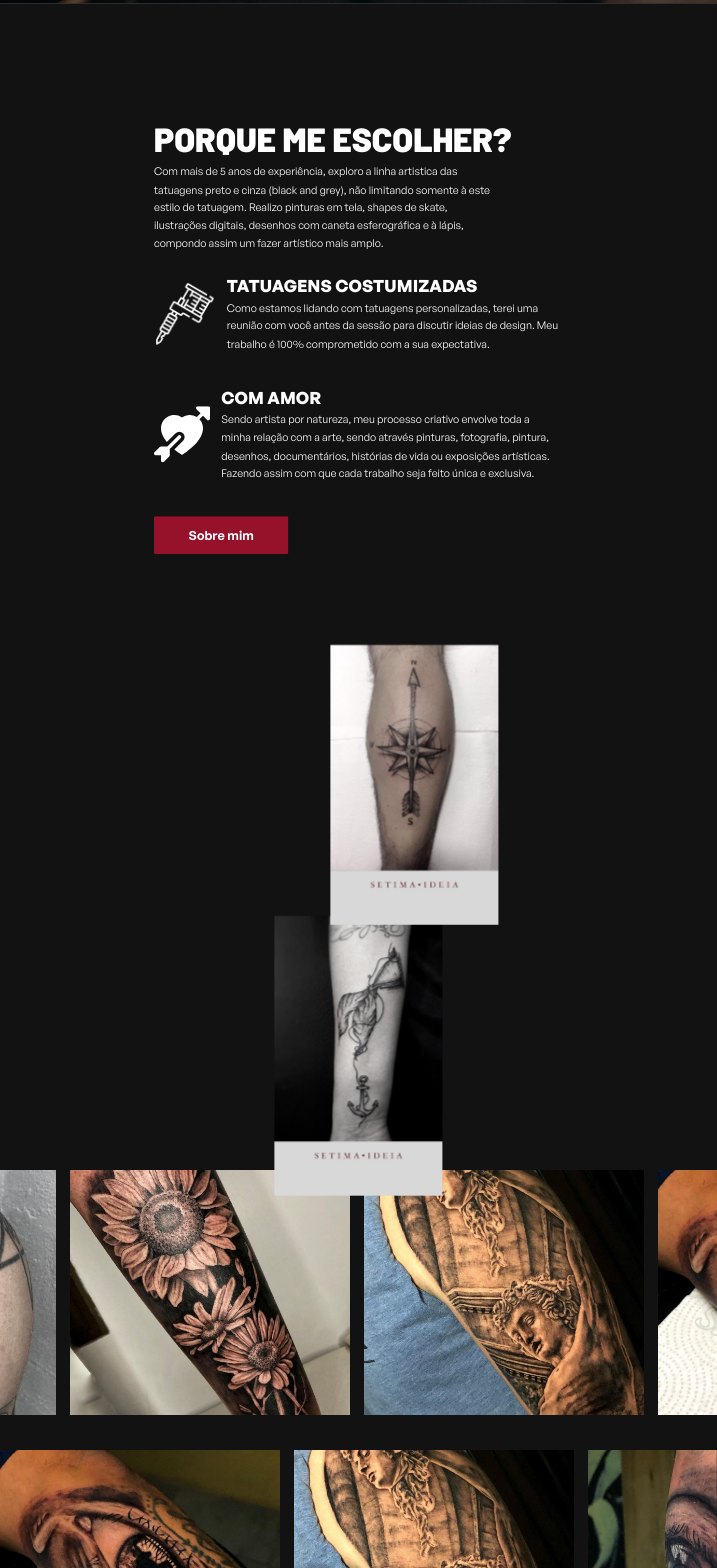
Repository: Leoka2000/S-tima-Ideia
Page: /
An editor plug-in stored every save of this project. The page is shown before and after the next save, followed by the edit.
The browser window is 1024 px wide. The pictures show the part of the page from y = 849 to 3089 px (the page is 8930 px tall), at 70% of full size.
Backgrounds fixed to the window are drawn as part of the page. The project was rebuilt for these pictures with package versions that can differ from the ones it lists, and the page was loaded fresh each time. Some packages were replaced by stand-ins written for this rebuild. Also part of the build but not shown: src/pages/main/instagram/instagram.css, src/pages/main/instagram/instagram.jsx, src/App.css, src/pages/portfolio/portfolio.css, src/data/database-common.js, src/pages/portfolio/loop-content.jsx, src/pages/portfolio/portfolio.jsx, src/pages/portfolio/index.jsx and 2 more. Imported but missing from the stored project, and not drawn on this page: src/assets/videos/cauan-video.mp4.

Above is the page before, as saved 2023-05-22 21:09:17.

After the next save:
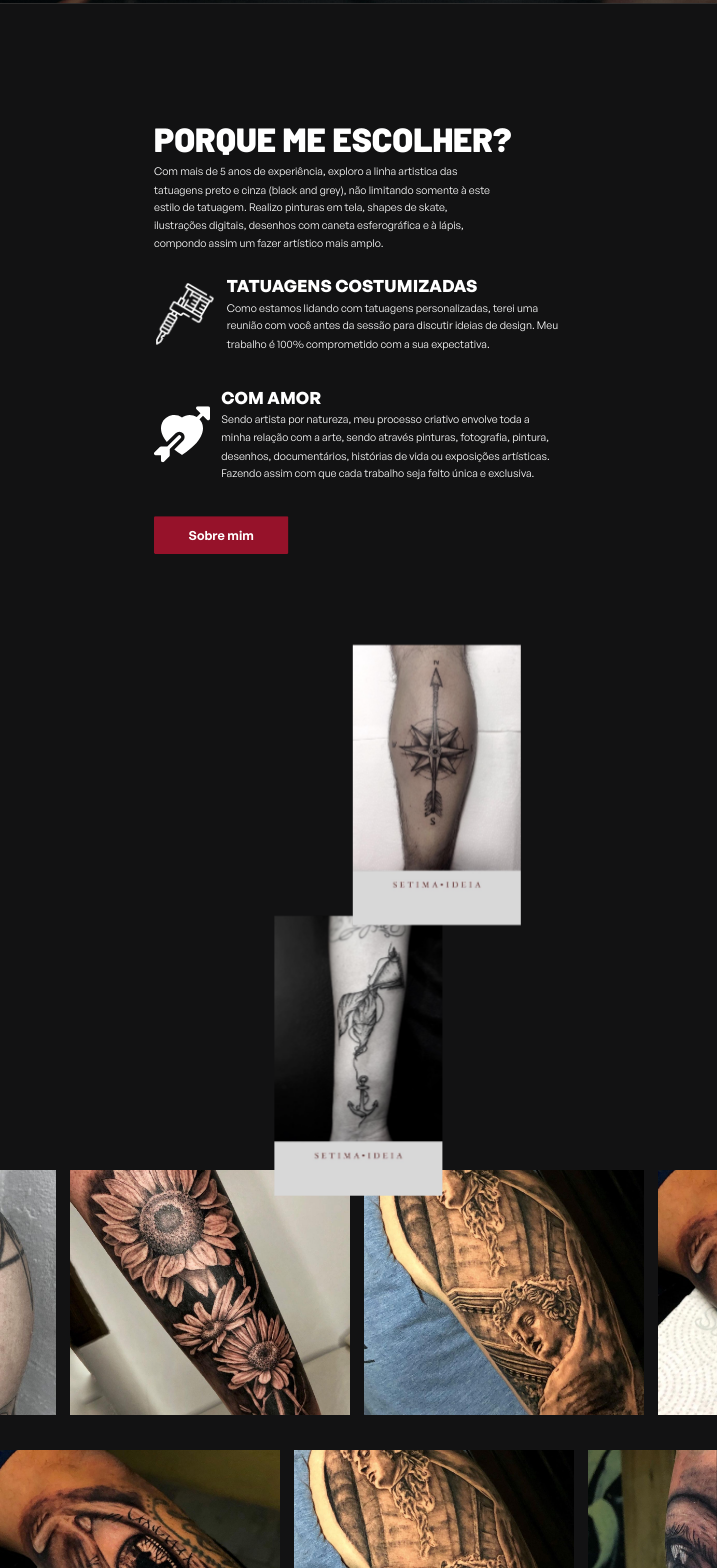
Saved 8 s later.
--- a/src/pages/main/about/about.css
+++ b/src/pages/main/about/about.css
@@ -183,7 +183,7 @@ color: #fff;
         position: absolute;
       top:4rem;
       height: 25rem;
-      left: 10rem;
+      left: 12rem;
       width: 15rem;
       }
 }
